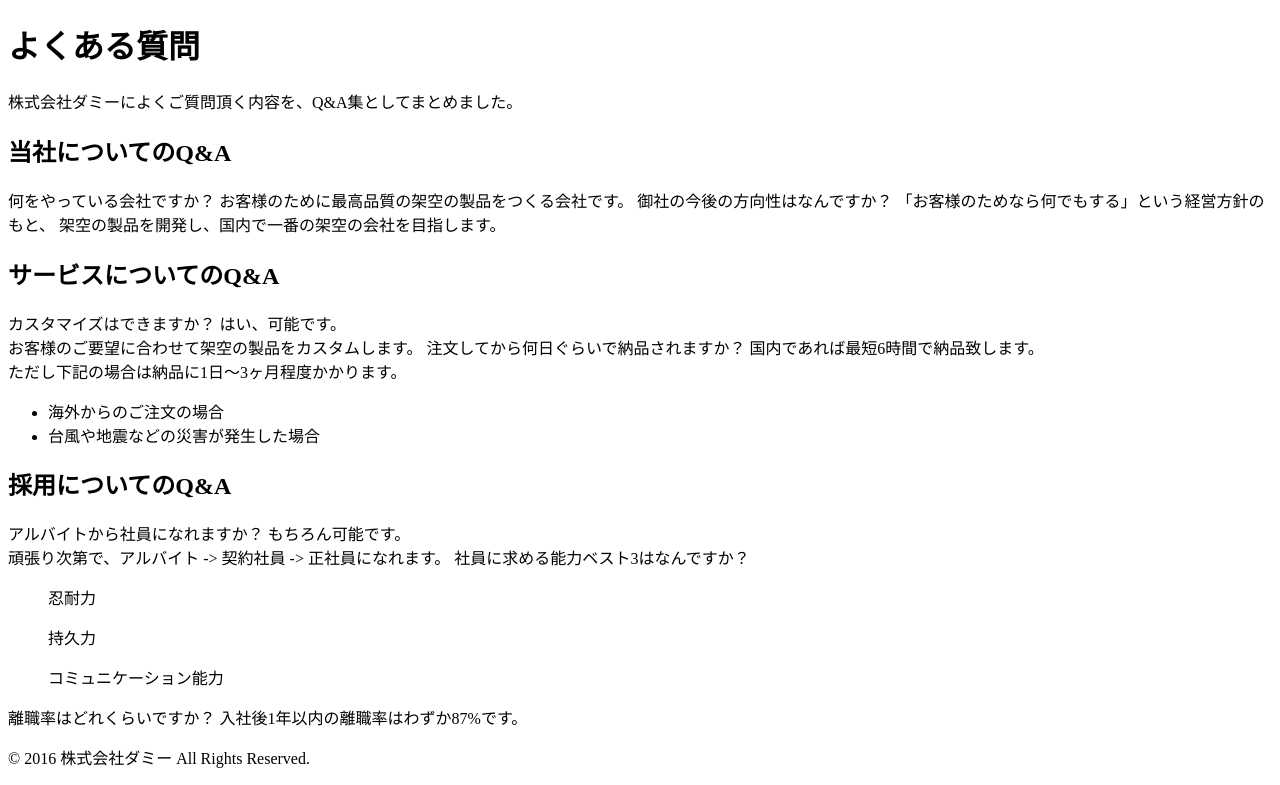
Repository: winc1980/practice-hp2022-wednesday
Page: ruka/practice1.html
The author's editor kept a copy of each file at every save. The page is drawn from the files as they stood at one save, then again after a run of saves.
The browser window is 1280 px wide. The pictures show the whole page.

Above is the page before, as saved 2022-05-26 00:13:06.

### ruka/practice1.html
<!DOCTYPE html>
<html lang="ja">
<head>
    <meta charset="UTF-8">
    <meta http-equiv="X-UA-Compatible" content="IE=edge">
    <meta name="viewport" content="width=device-width, initial-scale=1.0">
    <title>よくある質問 | 架空の株式会社ダミー</title>
</head>
<body>
    <h1>よくある質問</h1>

<p>
株式会社ダミーによくご質問頂く内容を、Q&A集としてまとめました。
</p>

<h2>当社についてのQ&A</h2>


何をやっている会社ですか？

お客様のために最高品質の架空の製品をつくる会社です。


御社の今後の方向性はなんですか？

「<span>お客様のためなら何でもする</span>」という経営方針のもと、
架空の製品を開発し、<span>国内で一番の架空の会社を目指します</span>。



<h2>サービスについてのQ&A</h2>

カスタマイズはできますか？
はい、可能です。<br>
お客様のご要望に合わせて架空の製品をカスタムします。


注文してから何日ぐらいで納品されますか？
国内であれば最短6時間で納品致します。<br>
ただし下記の場合は納品に1日〜3ヶ月程度かかります。
<ul>
<li>
海外からのご注文の場合
</li>
<li>
台風や地震などの災害が発生した場合
</li>
</ul>
<h2>採用についてのQ&A</h2>

アルバイトから社員になれますか？

もちろん可能です。<br>
頑張り次第で、アルバイト -> 契約社員 -> 正社員になれます。
社員に求める能力ベスト3はなんですか？
<dd>
<dl>忍耐力</dl>
<dl>持久力</dl>
<dl>コミュニケーション能力</dl>
</dd>


離職率はどれくらいですか？
入社後1年以内の離職率は<span>わずか</span>87%です。
<p>
© 2016 株式会社ダミー All Rights Reserved.
</p>
</body>
</html>

After the next 3 saves:
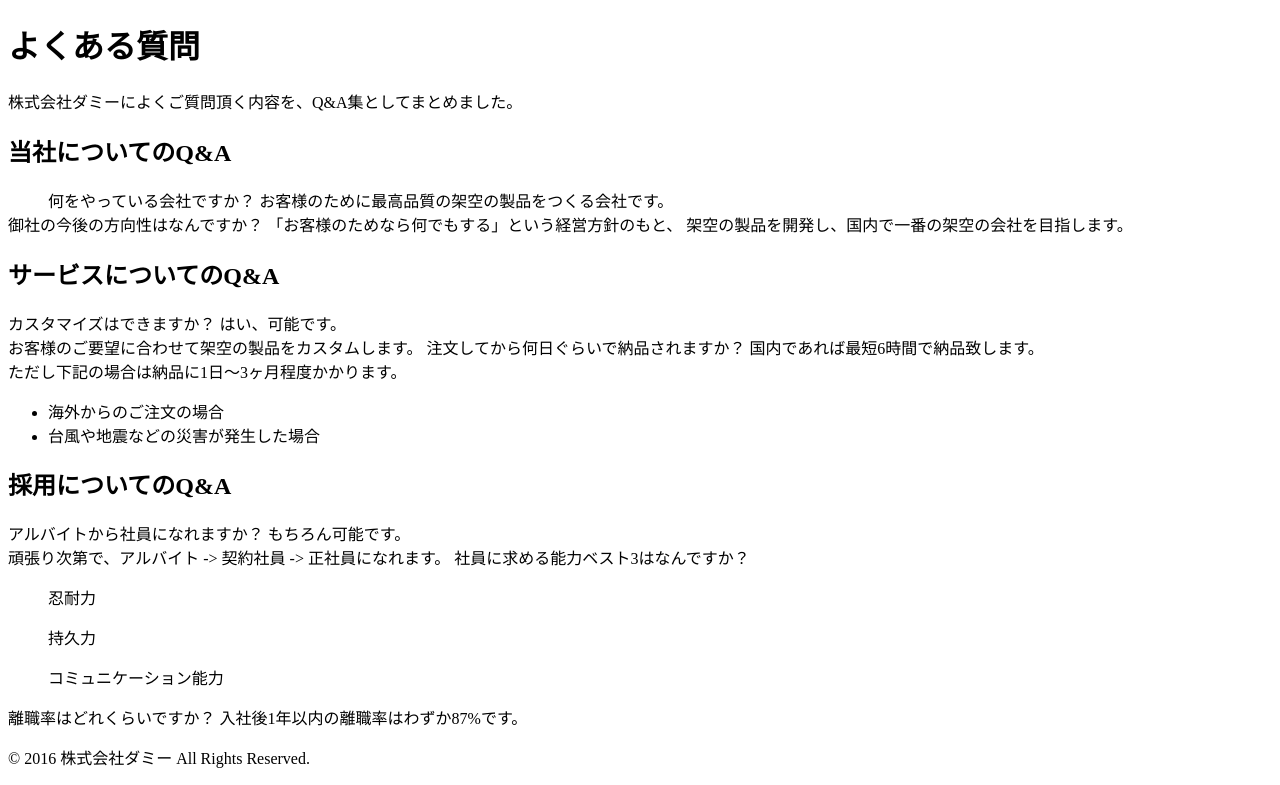
The 3 saves are shown as one change because they came seconds apart.
The last was saved 31 s later.
--- a/ruka/practice1.html
+++ b/ruka/practice1.html
@@ -15,11 +15,11 @@
 
 <h2>当社についてのQ&A</h2>
 
-
+<dd>
 何をやっている会社ですか？
 
 お客様のために最高品質の架空の製品をつくる会社です。
-
+</dd>
 
 御社の今後の方向性はなんですか？
 
